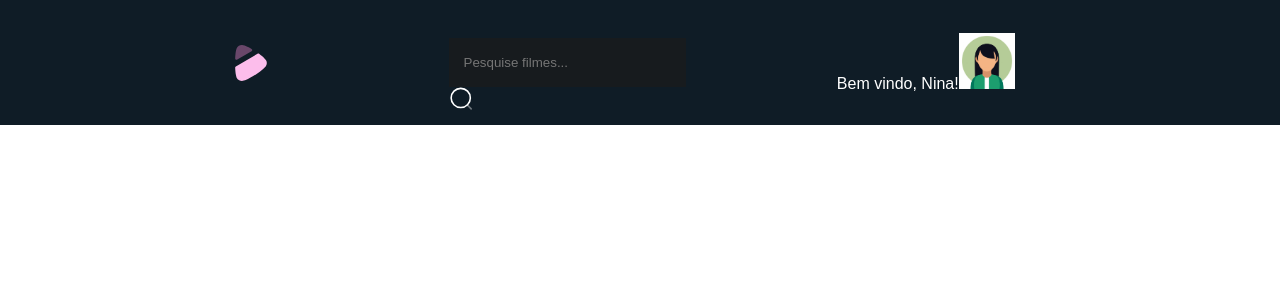
Repository: MilenaMelo/Cubos-Flix
Page: / (app in cubos-flix/)
These files come from the project's save history. The page is drawn as it stood at one moment and after the next save; the edit follows.
The browser window is 1280 px wide. The pictures show the whole page.
The project was rebuilt for these pictures with package versions that can differ from the ones it lists, and the page was loaded fresh each time.

Above is the page before, as saved 2021-06-19 13:20:40.

### cubos-flix/public/index.html
<!DOCTYPE html>
<html lang="en">
  <head>
    <meta charset="utf-8" />
    <link rel="icon" href="%PUBLIC_URL%/favicon.ico" />
    <meta name="viewport" content="width=device-width, initial-scale=1" />
    <meta name="theme-color" content="#000000" />
    <meta
      name="description"
      content="Web site created using create-react-app"
    />
    <link rel="apple-touch-icon" href="%PUBLIC_URL%/logo192.png" />
    <link rel="manifest" href="%PUBLIC_URL%/manifest.json" />
    <title>Cubos Flix</title>
  </head>
  <body>
    <noscript>You need to enable JavaScript to run this app.</noscript>
    <div id="root"></div>

  </body>
</html>

### cubos-flix/src/App.js
import './App.css';
import Navbar from './components/Navbar';

function App() {
  return (
    <div className="app">
      <header>
        <Navbar/>
      </header>
    </div>
  );
}

export default App;

### cubos-flix/src/App.css
* {
    margin: 0px;
    font-family: Manrope, sans-serif;
    color: white;
}

.app {
    background-color: #1d2226;
}

### cubos-flix/src/components/Navbar/index.js
import './style.css'
import logo from '../../assets/images/logo.svg'
import search_icon from '../../assets/images/search-icon.svg'
import profile_img from '../../assets/images/profile.jpg'


function Navbar() {
    return (
        <header className='navbar'>
            <img src={logo} alt="logo"/>
            <div className='search-container'>
                <input className='search-input' type="text" name="Pesquisa" placeholder="Pesquise filmes..."/>
                <img className='search-img' src={search_icon} alt="Input de pesquisa"/>
            </div>
            <div className='profile-container'>
                <span>Bem vindo, Nina!</span>
                <img className='profile-img' src={profile_img} alt="Foto de perfil"/>
            </div>
        </header>
    );
}

export default Navbar;

### cubos-flix/src/components/Navbar/style.css
.navbar {
    display: flex;
    align-items: center;
    justify-content: space-evenly;
    padding: 24px 100px 24px 70px;
    color: #fdfdfd;
    background: #0f1c26;
}

.search-container {
    padding: 14px 16px;
}

.search-input {
    width: 100%;
    padding: 16px 14px;
    outline: 0;
    border: 1px solid transparent;
    background: #171b1e;
    color: #fff;
}

.search-img {
    width: 24px;
    height: 24px;
    cursor: pointer;
    position: absolute;
}

.profile-img {
    height: 56px;
}

Loaded but not shown: cubos-flix/src/index.js (common file)

After the next save:
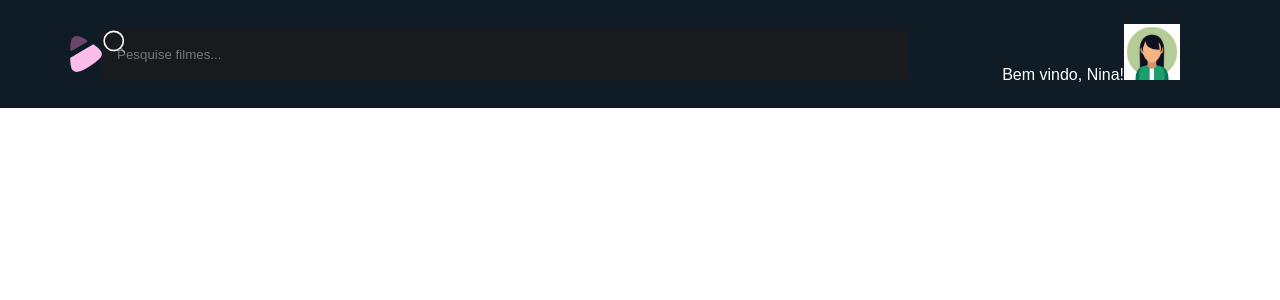
Saved 23 s later.
--- a/cubos-flix/src/components/Navbar/style.css
+++ b/cubos-flix/src/components/Navbar/style.css
@@ -8,7 +8,10 @@
 }
 
 .search-container {
-    padding: 14px 16px;
+    flex-grow: 1;
+    position: relative;
+    display: flex;
+    margin-right: 92px;
 }
 
 .search-input {
